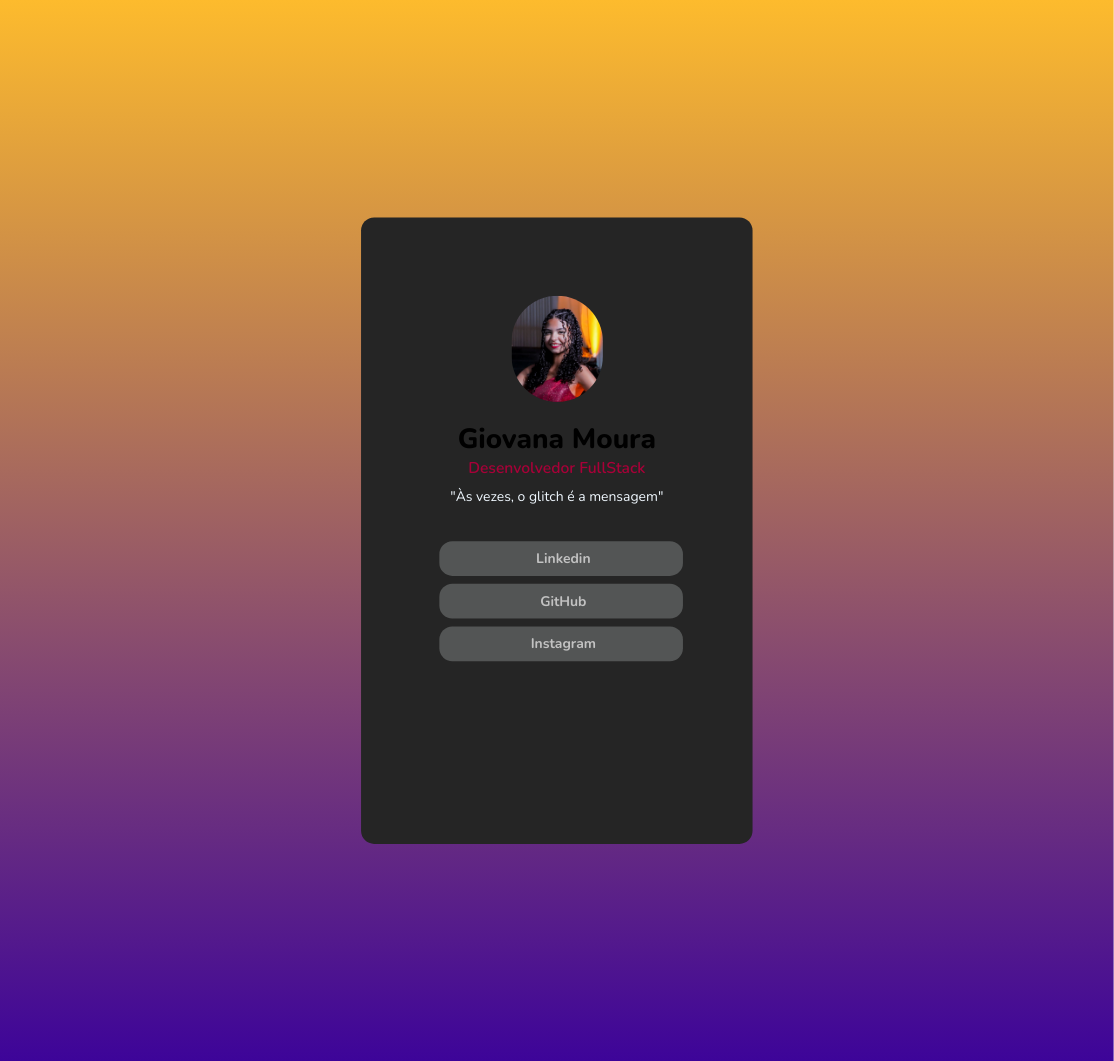
Repository: gimoli/linktree-giovana
Page: index.html
An editor plug-in stored every save of this project. The page is shown before and after a run of saves, followed by the edit.
The browser window is 1280 px wide. The pictures show the whole page, at 87% of full size.
Some icons come from a web library that is not loaded, so they are not drawn.

Above is the page before, as saved 2025-04-14 19:21:32.

After the next 2 saves:
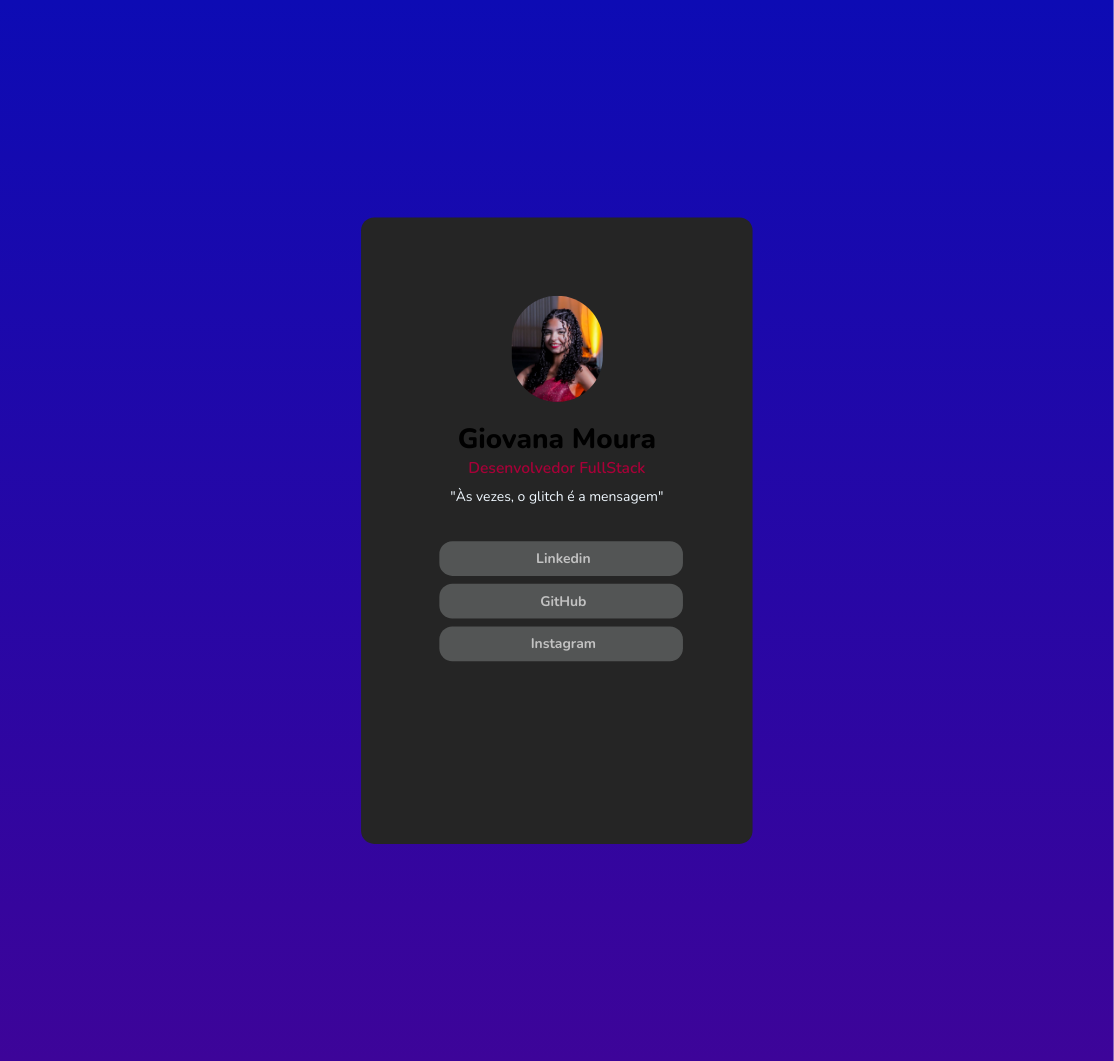
The 2 saves are shown as one change because they came seconds apart.
The last was saved 7 s later.
--- a/CSS/style.css
+++ b/CSS/style.css
@@ -8,7 +8,7 @@
 
 body {
     background-color: #833AB4;
-    background: linear-gradient(0deg, rgb(61, 4, 153) 0%, rgba(253, 187, 45, 1) 100%);
+    background: linear-gradient(0deg, rgb(61, 4, 153) 0%, rgb(13, 11, 180) 100%);
     animation: gradientShift 10s ease infinite;
     background-size: 400%;
 }
